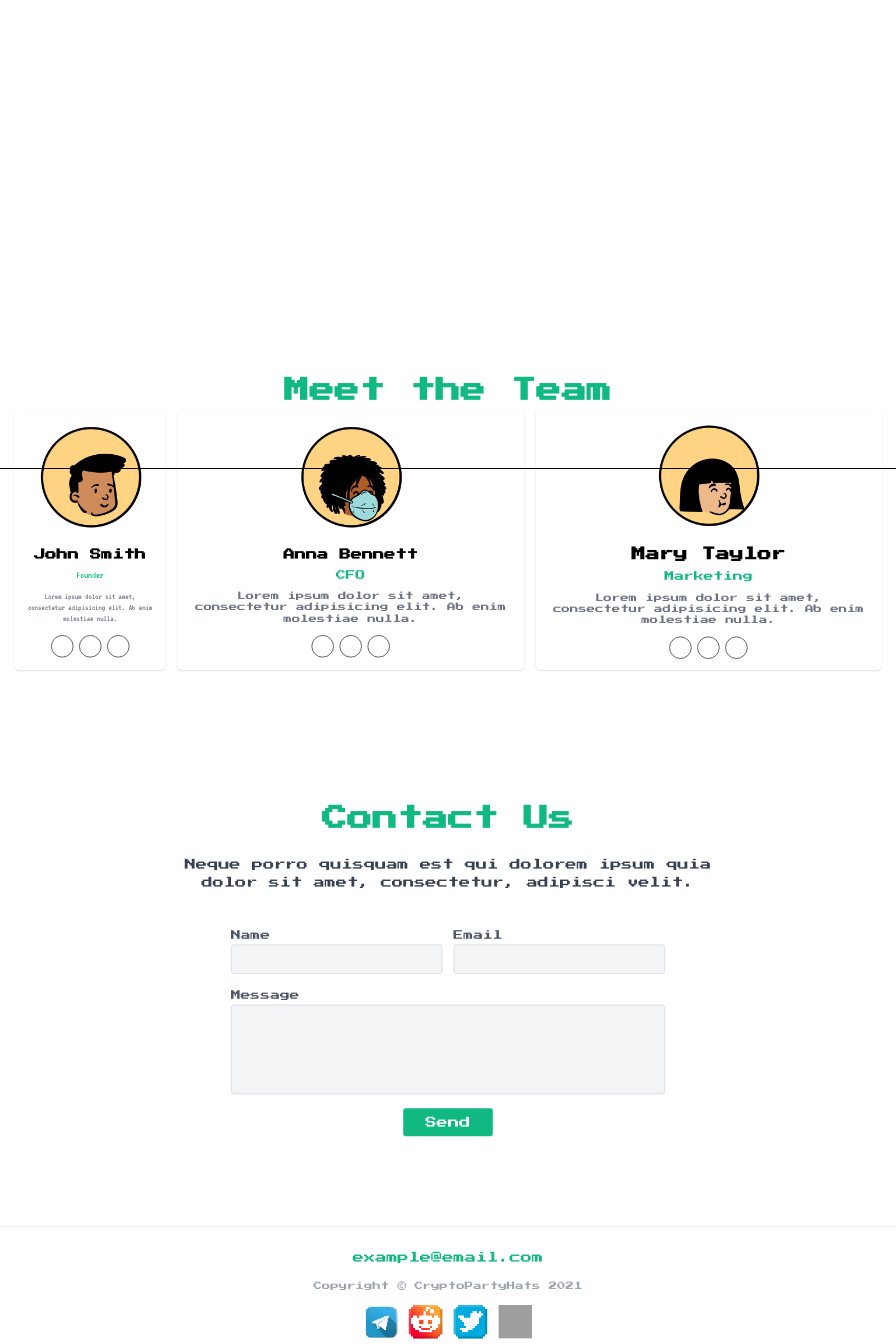
Repository: rhinorphan/phat-landing-page
Page: /
An editor plug-in stored every save of this project. The page is shown before and after the next save, followed by the edit.
The browser window is 1280 px wide. The pictures show the part of the page from y = 2236 to 4156 px (the page is 4156 px tall before and 4140 px after), at 70% of full size.
Pictures or frames that could not be fetched are drawn as grey boxes. The project was rebuilt for these pictures with package versions that can differ from the ones it lists, and the page was loaded fresh each time. Also part of the build but not shown: craco.config.js.

Above is the page before, as saved 2021-11-17 23:10:08.

After the next save:
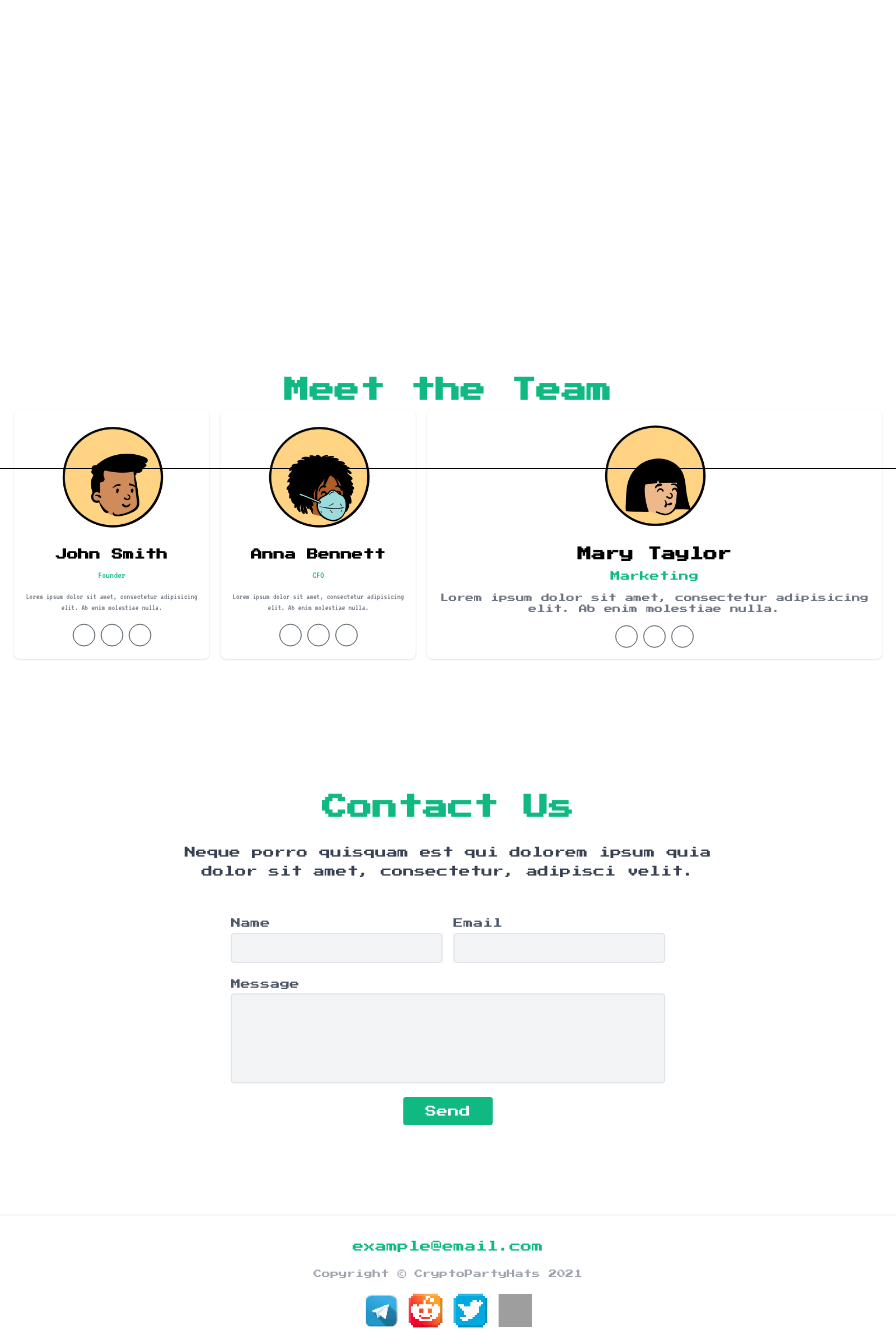
Saved 10 s later.
--- a/src/components/About.js
+++ b/src/components/About.js
@@ -51,9 +51,9 @@ function About() {
 				</div>
 
 				<h2 class="mt-4 font-bold text-l">Anna Bennett</h2>
-				<h6 class="mt-2 text-sm font-medium text-green-500">CFO</h6>
+				<h6 class="mt-2 text-sm font-medium text-green-500 normalText">CFO</h6>
 
-				<p class="text-xs text-gray-500 text-center mt-3">
+				<p class="text-xs text-gray-500 text-center mt-3 normalText">
 					Lorem ipsum dolor sit amet, consectetur adipisicing elit. Ab enim molestiae nulla.
 				</p>
 
